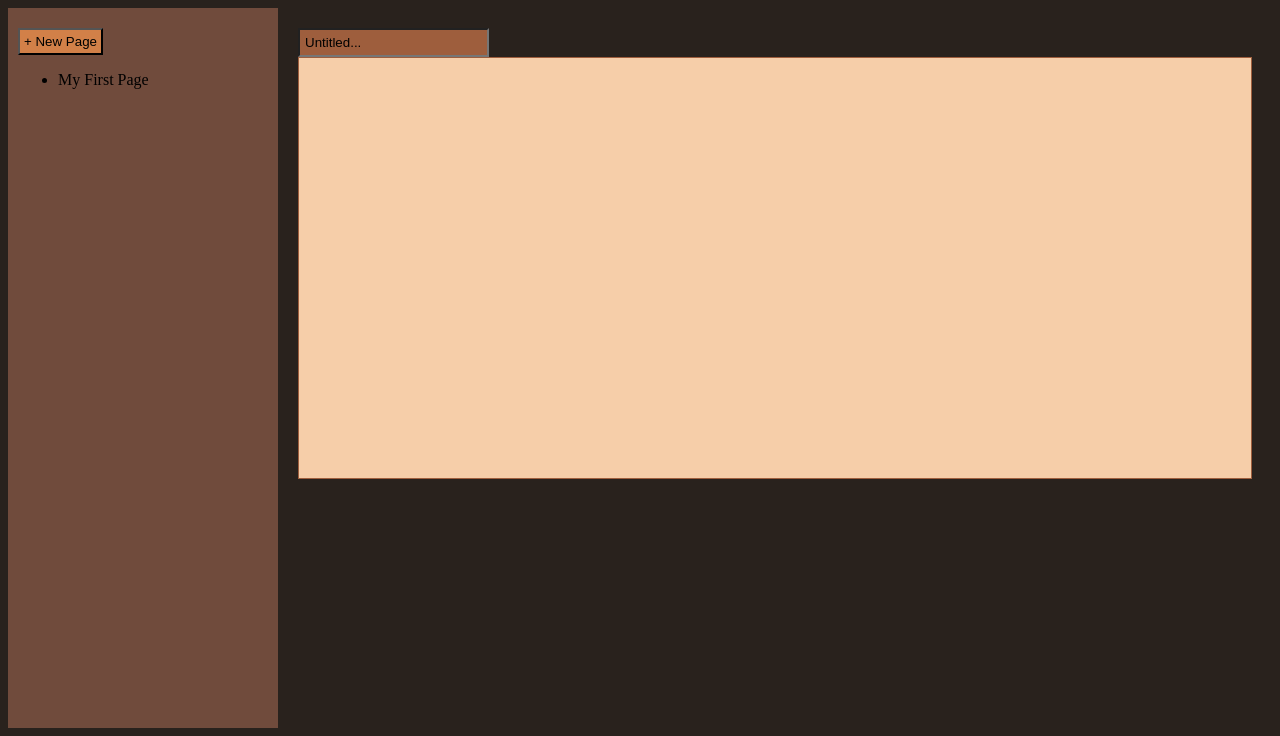
Repository: Dharshinimk-521/notes-app
Page: index.html
These files come from the project's save history. The page is drawn as it stood at one moment and after the next save; the edit follows.
The browser window is 1280 px wide. The pictures show the whole page.

Above is the page before, as saved 2026-04-18 20:33:33.

After the next save:
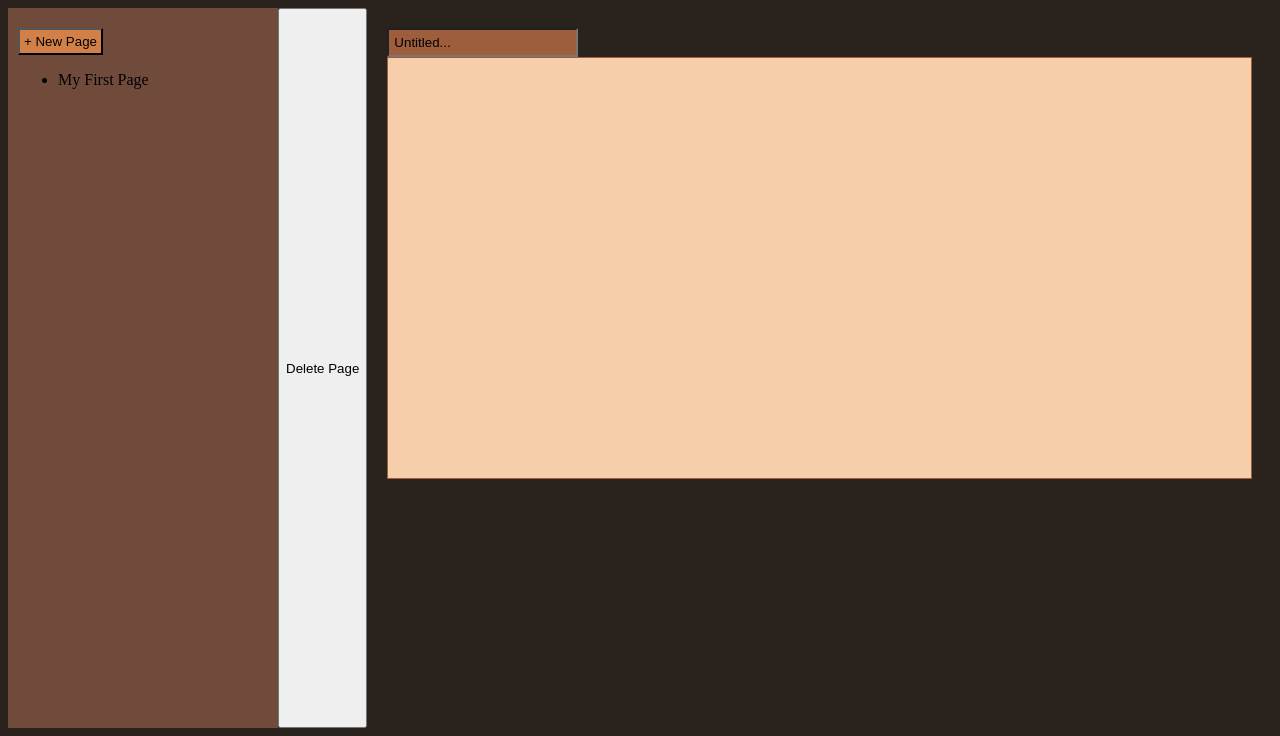
Saved 115 s later.
--- a/index.html
+++ b/index.html
@@ -14,7 +14,7 @@
         <button id="newPageBtn">+ New Page</button>
         <ul id="pageList"></ul>
         </aside>
-
+        <button id="deletePageBtn"> Delete Page</button>
         <main class="editor">
         <input id="pageTitle" placeholder="Untitled..." />
         <div id="editorArea" contenteditable="true"></div>
